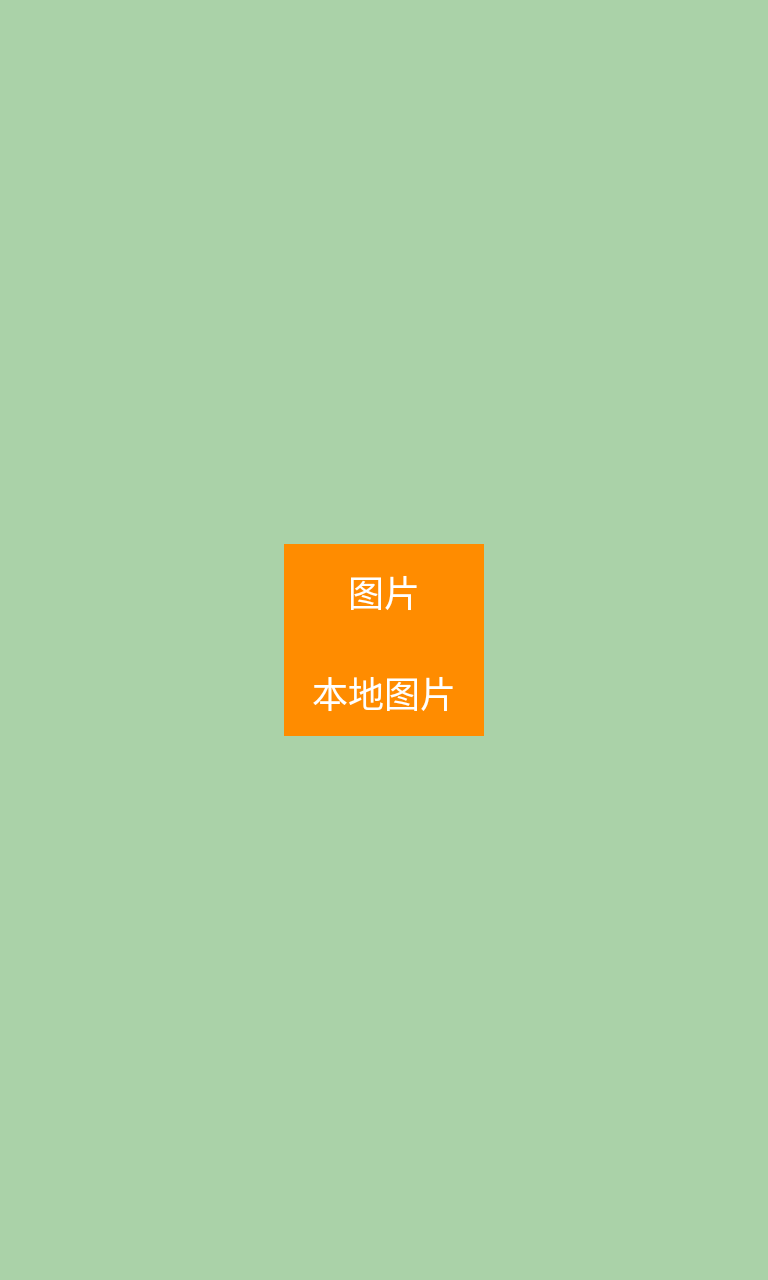
Repository: taiyang0725/Android
Layout: TestViewPage/res/layout/b.xml
An editor plug-in stored every save of this project. The layout is shown before and after the next save, followed by the edit.
It is drawn on a 768 x 1280 px phone screen (xhdpi) without system bars, with theme AppTheme; the app's code is not run.

Above is the layout before, as saved 2015-05-14 03:41:29.

### TestViewPage/res/layout/b.xml
<?xml version="1.0" encoding="utf-8"?>
<RelativeLayout xmlns:android="http://schemas.android.com/apk/res/android"
    android:layout_width="match_parent"
    android:layout_height="match_parent"
    android:background="#AAD2A8" >

   <LinearLayout
       android:layout_width="wrap_content"
        android:layout_height="wrap_content"
        android:layout_centerInParent="true"
        android:orientation="vertical"
       >
    <Button
        android:id="@+id/btn_pic_net"
        android:layout_width="100dp"
        android:layout_height="wrap_content"
        android:background="#FF8C00"
        android:text="图片"
        android:textColor="#FFFFFF"
        />
    <Button
        android:id="@+id/btn_pic_local"
        android:layout_width="100dp"
        android:layout_height="wrap_content"
        android:paddingTop="5dp"
        android:background="#FF8C00"
       android:textColor="#FFFFFF"
        android:text="本地图片"
        />

   </LinearLayout>

</RelativeLayout>

### TestViewPage/res/values/styles.xml
<resources xmlns:android="http://schemas.android.com/apk/res/android">

    <!--
        Base application theme, dependent on API level. This theme is replaced
        by AppBaseTheme from res/values-vXX/styles.xml on newer devices.





    -->
    <style name="AppBaseTheme" parent="android:Theme.Light">
        <!--
            Theme customizations available in newer API levels can go in
            res/values-vXX/styles.xml, while customizations related to
            backward-compatibility can go here.





        -->
    </style>

    <!-- Application theme. -->
    <style name="AppTheme" parent="AppBaseTheme">
        <!-- All customizations that are NOT specific to a particular API-level can go here. -->
    </style>

    <style name="set_title">
        <item name="android:layout_width">match_parent</item>
        <item name="android:layout_height">40dp</item>
        <item name="android:orientation">horizontal</item>
    </style>

    <style name="set_layout">
        <item name="android:layout_width">0dp</item>
        <item name="android:layout_weight">1</item>
        <item name="android:layout_height">wrap_content</item>

    </style>

    <style name="set_txt">
        <item name="android:layout_width">wrap_content</item>
        <item name="android:layout_height">wrap_content</item>
        <item name="android:orientation">vertical</item>

    </style>

    <style name="set_btn">
        <item name="android:layout_width">35dp</item>
        <item name="android:layout_height">35dp</item>
    </style>

</resources>

Loaded but not shown: TestViewPage/res/values-v11/styles.xml (common file); TestViewPage/res/values-v14/styles.xml (common file)

After the next save:
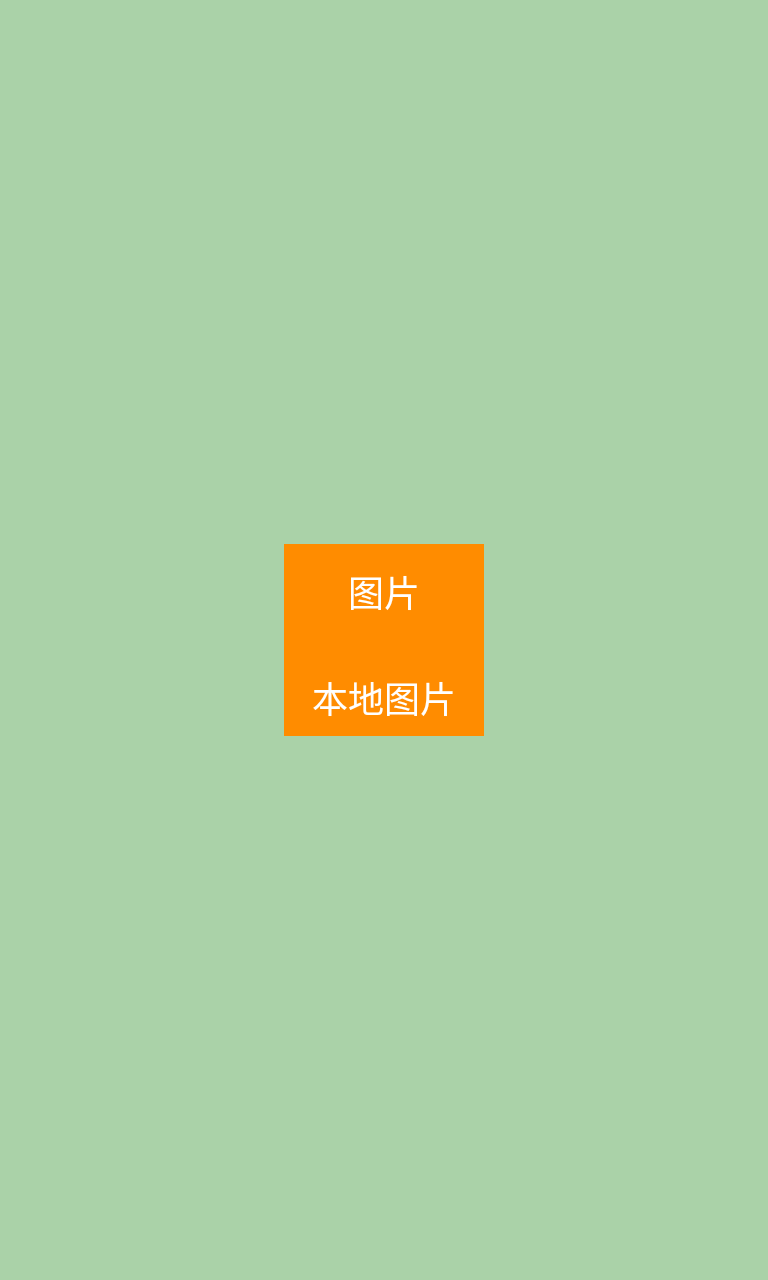
Saved 10 s later.
--- a/TestViewPage/res/layout/b.xml
+++ b/TestViewPage/res/layout/b.xml
@@ -22,7 +22,7 @@
         android:id="@+id/btn_pic_local"
         android:layout_width="100dp"
         android:layout_height="wrap_content"
-        android:paddingTop="5dp"
+        android:paddingTop="10dp"
         android:background="#FF8C00"
        android:textColor="#FFFFFF"
         android:text="本地图片"
